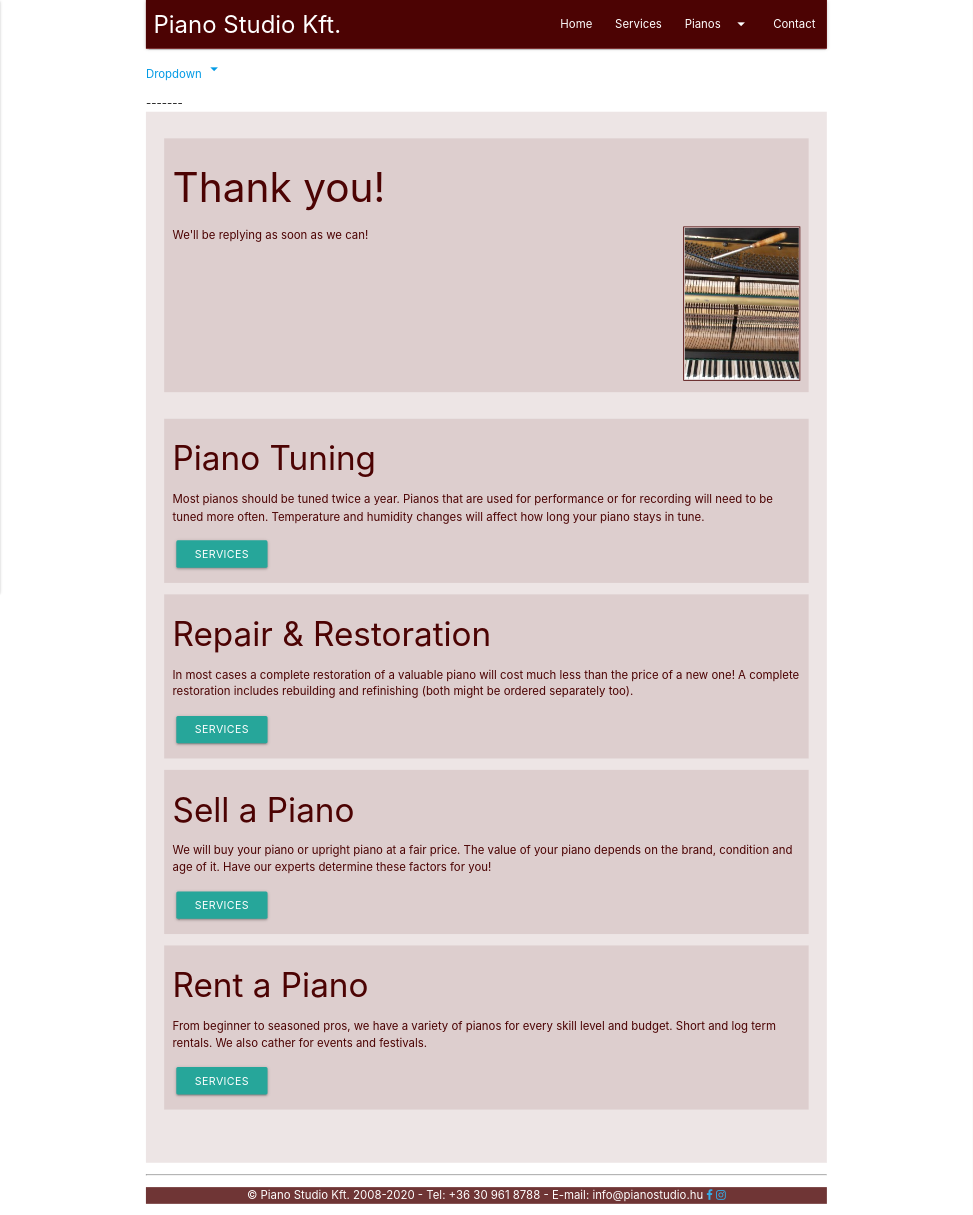
Repository: badiattila/pianostudioheroku
Page: templates/contact_success.html
The author's editor kept a record of every edit. The page is drawn from the files as they stood at one moment, then again after the next edit.
The browser window is 1280 px wide. The pictures show the whole page, at 76% of full size.
Some web libraries are served in a nearby version. The template is drawn by Flask 3. The application's start-up code is not run. The template is opened directly, without the code that normally fills it, so the values that code supplies are empty.

Above is the page before.

After the next edit:
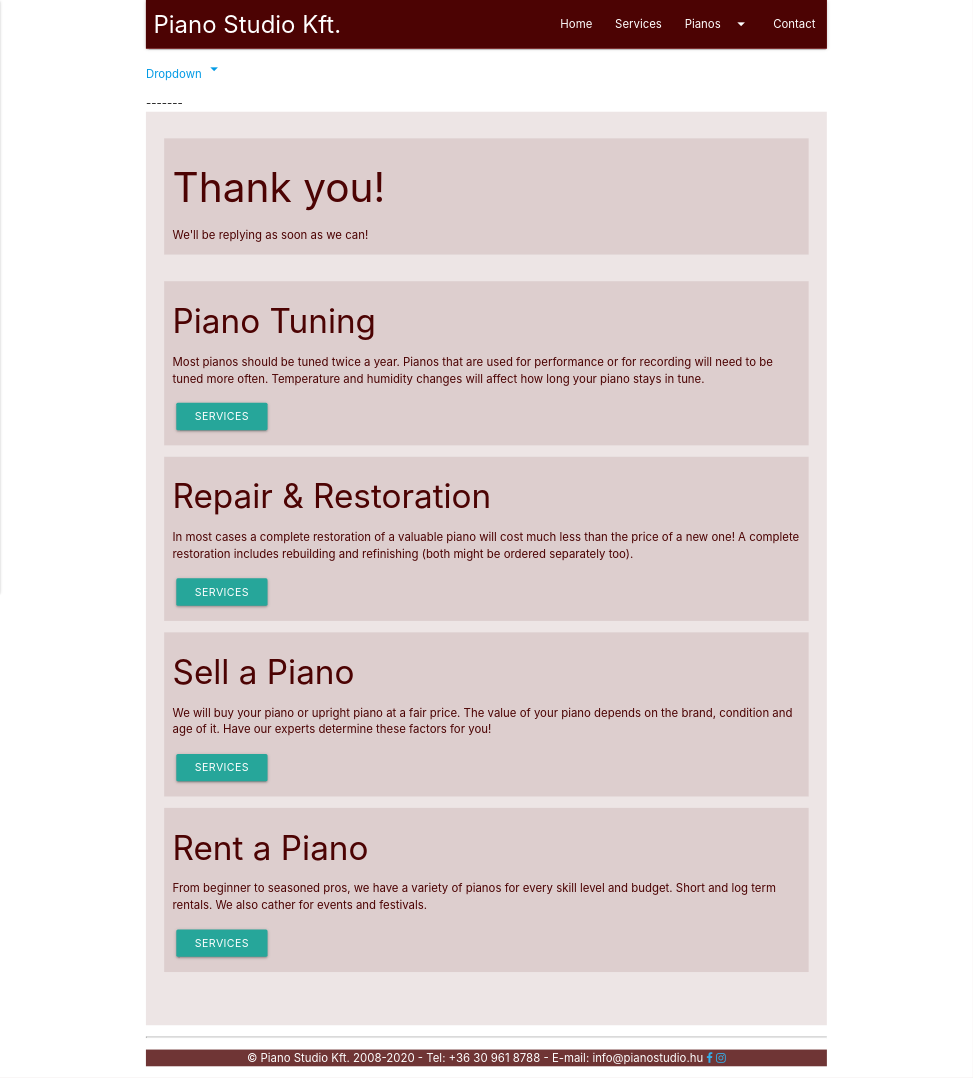
The edit:
--- a/templates/contact_success.html
+++ b/templates/contact_success.html
@@ -4,7 +4,6 @@
     <div class="row">
         <div class="col s12 op">
             <h2>Thank you!</h2>
-            <img class="right-teaser" src="{{url_for('static', filename='pictures/hangolas.jpg')}}" alt="Piano Studio" />
             <p>We'll be replying as soon as we can!</p>
         </div>
     </div>
